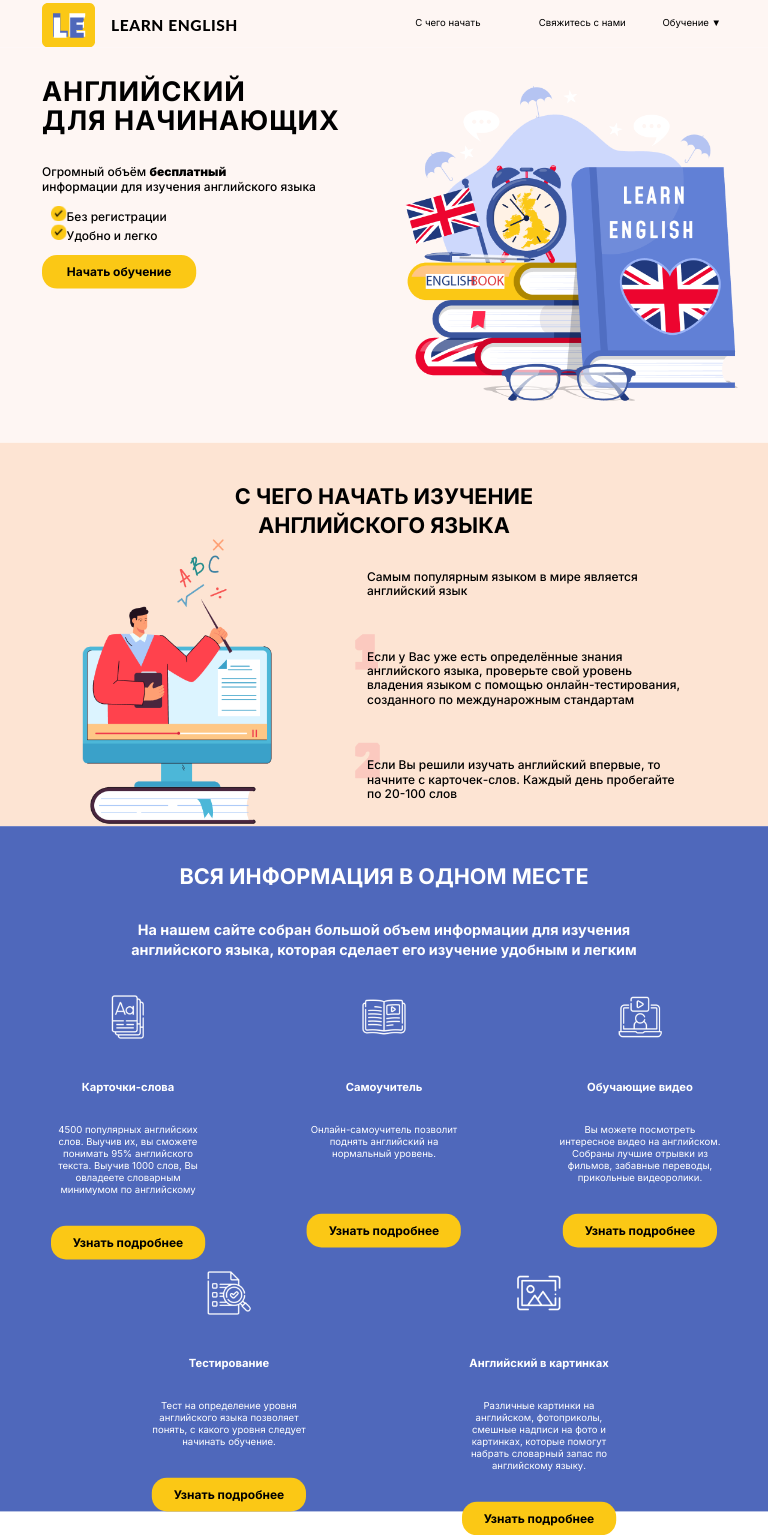
Repository: WladimirVA/Diplom
Page: scool/index.html
The author's editor kept a copy of each file at every save. The page is drawn from the files as they stood at one save, then again after the next save.
The browser window is 1280 px wide. The pictures show the whole page, at 60% of full size.

Above is the page before, as saved 2023-07-18 16:52:25.

After the next save:
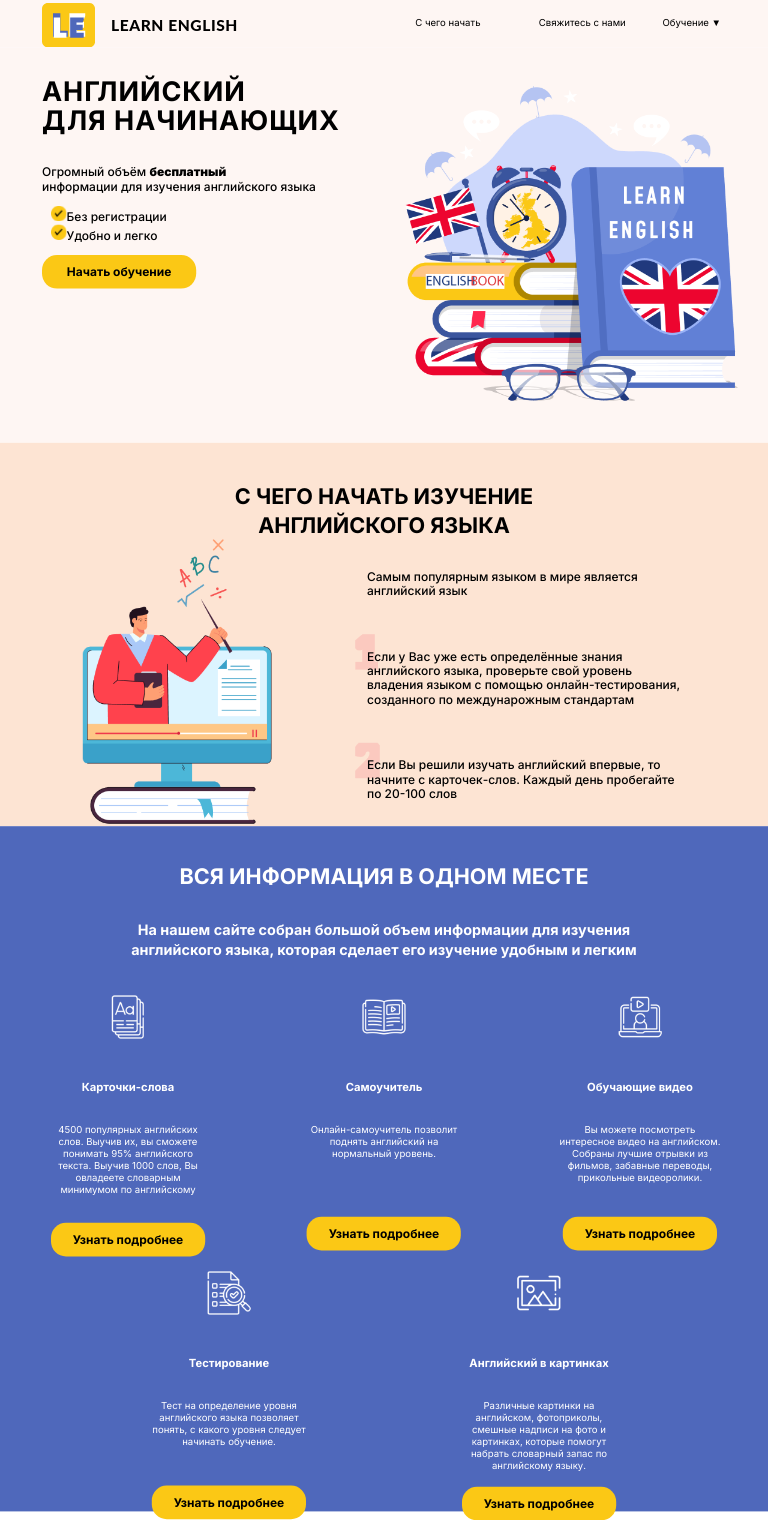
Saved 2 min 33 s later.
--- a/scool/css/index.css
+++ b/scool/css/index.css
@@ -328,17 +328,17 @@ ul.ddropdownn .ddropdownn-inside a:hover {/* Цвет фона изменитс
 }
 
 .buttton-inf1 {
-    margin-top: 50px;
+    margin-top: 45px;
 }
 .buttton-inf2 {
-    margin-top: 90px;
+    margin-top: 95px;
 }
 .buttton-inf3 {
-    margin-top: 50px;
+    margin-top: 55px;
 }
 .buttton-inf4 {
-    margin-top: 50px;
+    padding-top: 63px;
 }
 .buttton-inf5 {
-    margin-top: 50px;
-}
+    padding-top: 25px;
+}
